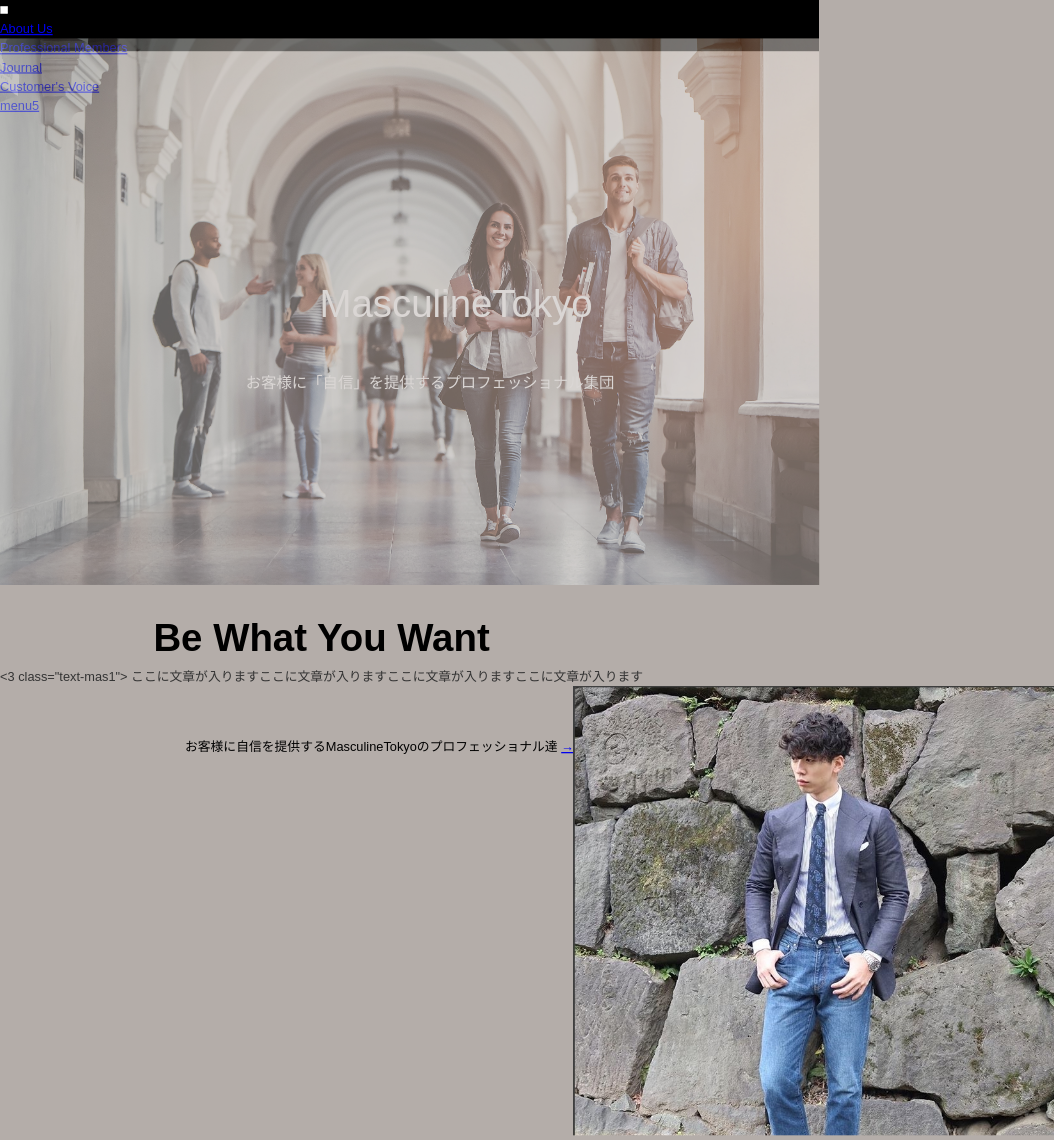
Repository: takumi-kojima0901/js.practice
Page: MasculineTokyo HP/MasculineTokyo.html
The author's editor kept a record of every edit. The page is drawn from the files as they stood at one moment, then again after the next edit.
The browser window is 1280 px wide. The page is 1647 px wide, so the pictures cover 1647 px, including what lies to the right of the window. The pictures show the whole page, at 64% of full size.

Above is the page before.

After the next edit:
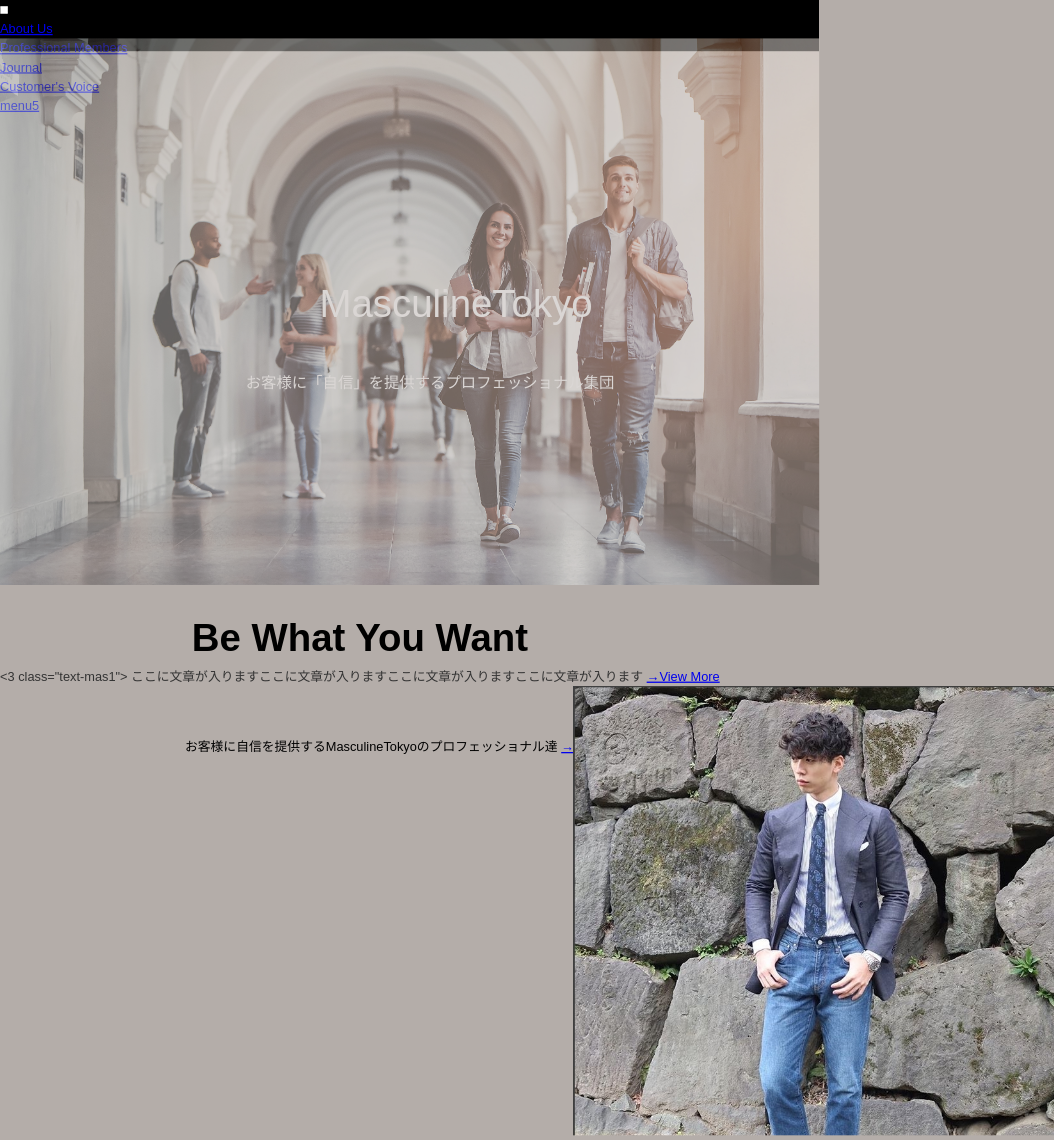
The edit:
--- a/MasculineTokyo HP/MasculineTokyo.html
+++ b/MasculineTokyo HP/MasculineTokyo.html
@@ -44,8 +44,10 @@
          </h2>
          <3 class="text-mas1">
          ここに文章が入りますここに文章が入りますここに文章が入りますここに文章が入ります
-         </3>
-
+         </h3>
+         <a href="#">
+             →View More
+        </a>
              <div class="BeWhat">
               <img src="kasamatsu.jpg">
              </div>
